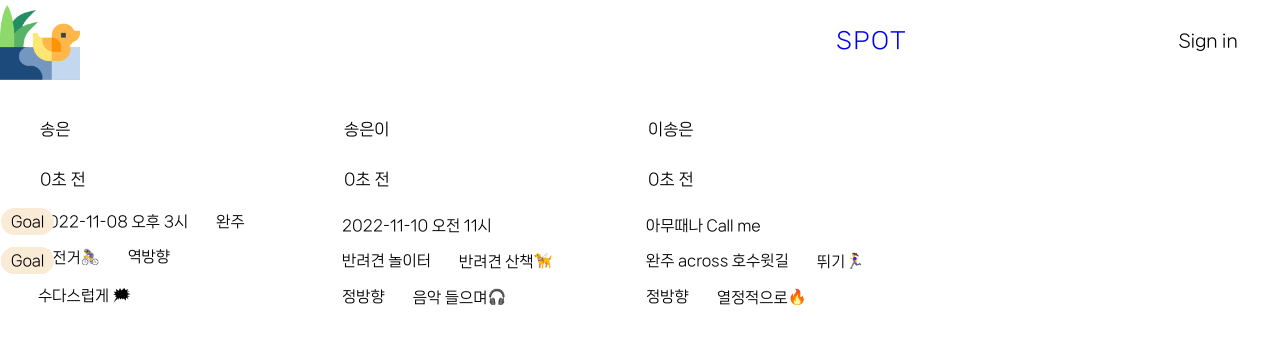
Repository: songeunleee/youngrangho
Page: /
The author's editor kept a copy of each file at every save. The page is drawn from the files as they stood at one save, then again after the next save.
The browser window is 1280 px wide. The pictures show the whole page.
Some web libraries are served in a nearby version. The project was rebuilt for these pictures with package versions that can differ from the ones it lists, and the page was loaded fresh each time. Some packages were replaced by stand-ins written for this rebuild. Also part of the build but not shown: src/app.module.css, src/components/activity/activity.module.css, src/components/footer/footer.module.css, src/components/footer/footer.jsx, src/components/home/home.module.css, src/components/home/home.jsx, src/components/add_spot/add_spot.module.css, src/components/add_spot/add_spot.jsx and 6 more.

Above is the page before, as saved 2022-11-08 06:48:28.

### public/index.html
<!DOCTYPE html>
<html lang="en">
  <head>
    <meta charset="utf-8" />
    <script src="https://cdn.jsdelivr.net/npm/sweetalert2@10"></script>
    <script
      src="https://kit.fontawesome.com/7fb71a1d7b.js"
      crossorigin="anonymous"
    ></script>
    <link rel="icon" href="%PUBLIC_URL%/favicon.ico" />
    <meta name="viewport" content="width=device-width, initial-scale=1" />
    <meta name="theme-color" content="#000000" />
    <link rel="preconnect" href="https://fonts.googleapis.com" />
    <link rel="preconnect" href="https://fonts.gstatic.com" crossorigin />
    <link
      href="https://fonts.googleapis.com/css2?family=Noto+Sans+KR:wght@100;300;400&family=Noto+Serif+KR:wght@200;400&family=Varela+Round&display=swap"
      rel="stylesheet"
    />

    <meta
      name="description"
      content="Web site created using create-react-app"
    />
    <link rel="apple-touch-icon" href="%PUBLIC_URL%/logo192.png" />
    <!--
      manifest.json provides metadata used when your web app is installed on a
      user's mobile device or desktop. See https://developers.google.com/web/fundamentals/web-app-manifest/
    -->
    <link rel="manifest" href="%PUBLIC_URL%/manifest.json" />
    <!--
      Notice the use of %PUBLIC_URL% in the tags above.
      It will be replaced with the URL of the `public` folder during the build.
      Only files inside the `public` folder can be referenced from the HTML.

      Unlike "/favicon.ico" or "favicon.ico", "%PUBLIC_URL%/favicon.ico" will
      work correctly both with client-side routing and a non-root public URL.
      Learn how to configure a non-root public URL by running `npm run build`.
    -->
    <title>React App</title>
  </head>
  <body>
    <noscript>You need to enable JavaScript to run this app.</noscript>
    <div id="root"></div>
    <!--
      This HTML file is a template.
      If you open it directly in the browser, you will see an empty page.

      You can add webfonts, meta tags, or analytics to this file.
      The build step will place the bundled scripts into the <body> tag.

      To begin the development, run `npm start` or `yarn start`.
      To create a production bundle, use `npm run build` or `yarn build`.
    -->
  </body>
</html>

### src/index.js
import React from "react";
import ReactDOM from "react-dom/client";
import "./index.css";
import App from "./app";
import { firebaseApp } from "./service/firebase";
import AuthService from "./service/auth_service";
import FileUpload from "./service/file_upload";
import Repository from "./service/repositiry";

const repository = new Repository(firebaseApp);
const fileUpload = new FileUpload(firebaseApp);
const authService = new AuthService(firebaseApp);

const root = ReactDOM.createRoot(document.getElementById("root"));
root.render(
  <React.StrictMode>
    <App
      authService={authService}
      fileUpload={fileUpload}
      repository={repository}
    />
  </React.StrictMode>
);

### src/index.css
@font-face {
  font-family: "font1";
  src: url("../public/fonts/NanumSquareNeo-aLt.ttf") format("truetype");
  font-weight: normal;
}

@font-face {
  font-family: "font2";
  src: url("../public/fonts/NanumSquareNeo-bRg.ttf") format("truetype");
  font-weight: bold;
}

@font-face {
  font-family: "font3";
  src: url("../public/fonts/NanumSquareNeo-cBd.ttf") format("truetype");
  font-weight: bold;
}

@font-face {
  font-family: "font4";
  src: url("../public/fonts/NanumSquareNeo-eHv.ttf") format("truetype");
  font-weight: bold;
}
body {
  margin: 0;
  font-family: -apple-system, BlinkMacSystemFont, "Segoe UI", "Roboto", "Oxygen",
    "Ubuntu", "Cantarell", "Fira Sans", "Droid Sans", "Helvetica Neue",
    sans-serif;
  -webkit-font-smoothing: antialiased;
  -moz-osx-font-smoothing: grayscale;
  height: 100%;
}

code {
  font-family: source-code-pro, Menlo, Monaco, Consolas, "Courier New",
    monospace;
}
html {
}
#root {
  margin: 0;
  display: flex;
  flex-direction: column;
  height: 100%;
}

### src/app.jsx
import { useEffect, useState } from "react";
import { BrowserRouter, Route, Routes } from "react-router-dom";
import styles from "./app.module.css";
import Activity from "./components/activity/activity";
import Footer from "./components/footer/footer";
import Header from "./components/header/header";
import Home from "./components/home/home";
import Spot from "./components/spot/spot";

function App({ authService, fileUpload, repository }) {
  const [user, setUser] = useState(null);

  const getUser = (user) => {
    setUser(user);
  };

  useEffect(() => {
    authService.onAuthChange((user) => {
      if (user) {
        setUser(user);
      } else {
      }
    });
  }, [authService]);

  return (
    <>
      <BrowserRouter>
        <Header authService={authService} getUser={getUser} user={user} />
        <Routes>
          <Route
            path="/"
            element={<Activity authService={authService} user={user} />}
          />
          <Route
            path="/activity"
            element={<Activity authService={authService} user={user} />}
          />
          <Route
            path="/spot"
            element={
              <Spot
                authService={authService}
                user={user}
                fileUpload={fileUpload}
                repository={repository}
              />
            }
          />
        </Routes>
      </BrowserRouter>
    </>
  );
}

export default App;

### src/service/firebase.js
import { initializeApp } from "firebase/app";

const firebaseConfig = {
  apiKey: "AIzaSyA1QsOldBRNtAOG8_cfGoyHxB8PmdZT3xA",
  authDomain: "youngrangho-d9473.firebaseapp.com",
  projectId: "youngrangho-d9473",
  storageBucket: "youngrangho-d9473.appspot.com",
  messagingSenderId: "558891074778",
  appId: "1:558891074778:web:a513dfcb578ca1084111e3",
  measurementId: "G-VKW34V7D4J",
};

export const firebaseApp = initializeApp(firebaseConfig);

### src/service/auth_service.js
import {
  getAuth,
  signInWithPopup,
  GoogleAuthProvider,
  onAuthStateChanged,
} from "firebase/auth";
class AuthService {
  constructor() {
    this.auth = getAuth();
    this.provider = new GoogleAuthProvider();
  }
  signin() {
    return signInWithPopup(this.auth, this.provider);
  }

  signout() {
    const auth = getAuth();
    auth.signOut();
  }

  onAuthChange(onUserChanged) {
    const auth = getAuth();
    return onAuthStateChanged(auth, (user) => {
      onUserChanged(user);
    });
  }
}
export default AuthService;

### src/service/file_upload.js
import { getStorage, ref, uploadBytes, getDownloadURL } from "firebase/storage";

class FileUpload {
  constructor() {
    this.storage = getStorage();
  }

  async upload(file) {
    this.storageRef = ref(this.storage, `spot/${file.name}`);
    const img = await uploadBytes(this.storageRef, file);
    return getDownloadURL(ref(this.storage, img.ref.fullPath));
  }
}

export default FileUpload;

### src/service/repositiry.js
import {
  getDatabase,
  ref,
  set,
  remove,
  onValue,
  off,
  update,
} from "firebase/database";

class Repository {
  constructor() {
    this.db = getDatabase();
  }

  syncSpots(userId, onUpdate) {
    const query = ref(this.db, `spots`);
    onValue(query, (snapshot) => {
      const value = snapshot.val();
      value && onUpdate(value);
    });
    return () => off(query);
  }

  saveSpot(userId, spot) {
    set(ref(this.db, `spots/${spot.id}`), spot);
  }
  removeSpot(userId, spot) {
    const spotRef = ref(this.db, `spots/${spot.id}`);
    remove(spotRef);
  }
}
export default Repository;

### src/components/activity/activity.jsx
import { set } from "firebase/database";
import React from "react";
import { useState } from "react";
import { useEffect } from "react";
import { useLocation } from "react-router-dom";
import ActivityList from "../activity_list/activity_list";
import Header from "../header/header";
import styles from "./activity.module.css";

const Activity = ({ authService, user }) => {
  const [cards, setCards] = useState({
    1: {
      id: 1,
      author: "송은",
      createTime: Date.now(),
      appointment: "2022-11-08 오후 3시",
      mean: "자전거🚴‍♀️",
      course: "역방향",
      goal: "완주",
      mode: "수다스럽게 🗯",
    },
    2: {
      id: 2,
      author: "송은이",
      createTime: Date.now(),
      appointment: "2022-11-10 오전 11시",
      mean: "반려견 산책🦮",
      course: "정방향",
      goal: "반려견 놀이터",
      mode: "음악 들으며🎧",
    },
    3: {
      id: 3,
      author: "이송은",
      createTime: Date.now(),
      appointment: "아무때나 Call me",
      mean: "뛰기🏃‍♀️",
      course: "정방향",
      goal: "완주 across 호수윗길",
      mode: "열정적으로🔥",
    },
  });

  return <ActivityList cards={cards} />;
};
export default Activity;

### src/components/header/header.jsx
import React, { useEffect } from "react";
import { useState } from "react";
import { Link, useLocation } from "react-router-dom";
import styles from "./header.module.css";

const Header = ({ authService, getUser, user }) => {
  const location = useLocation().pathname;

  const isSpot = (location) => {
    return location === "/spot" ? true : false;
  };
  console.log(isSpot(location));
  const onSignin = () => {
    authService.signin().then((data) => getUser(data.user));
  };

  const onSignout = () => {
    authService.signout();
    getUser(null);
  };

  return (
    <header className={styles.header}>
      <Link
        className={`${styles.logolink} ${
          !isSpot(location) ? styles.activity : null
        } `}
        to={"/"}
      >
        <img className={styles.logo} src="./images/duck (1).png" alt="" />
      </Link>
      <Link
        className={`${styles.link} ${
          !isSpot(location) ? styles.activity : null
        }`}
        to={"/activity"}
      >
        ACTIVITY
      </Link>
      <Link
        className={`${styles.link} ${isSpot(location) ? styles.spot : null}`}
        to={"/spot"}
      >
        SPOT
      </Link>

      {user ? (
        <div className={styles.signIn}>
          <img className={styles.img} src={user.photoURL} alt="" />
          <p className={styles.name}>{user.displayName}</p>
          <button
            className={`${styles.button} ${styles.sign}`}
            onClick={onSignout}
          >
            Sign out
          </button>
        </div>
      ) : (
        <button className={`${styles.button}`} onClick={onSignin}>
          Sign in
        </button>
      )}
    </header>
  );
};

export default Header;

### src/components/activity_list/activity_list.jsx
import React from "react";
import ActivityItem from "../activity_item/activity_item";
import styles from "./activity_list.module.css";

const ActivityList = ({ cards, user }) => {
  return (
    <section className={styles.list}>
      {Object.keys(cards).map((key) => (
        <ActivityItem key={key} card={cards[key]} user={user} />
      ))}
    </section>
  );
};

export default ActivityList;

### src/components/header/header.module.css
@value mainBlue, mainLightBlue,sideBlue, textWhite from '../../common/colors.css';
@value mediaQuery from '../../common/size.css';

.header {
  display: flex;
  height: 5rem;
  align-items: center;
  position: relative;
}
.logolink {
  height: 100%;
}

.logolink.activity {
  background-color: white;
}
.logo {
  height: 100%;

  transition: all 150ms ease-in;
}

.logo:hover {
  background-color: mainBlue;
}
.link {
  height: 100%;
  display: flex;
  justify-content: center;
  align-items: center;
  flex: 0.8;
  text-decoration: none;
  color: mainBlue;
  font-size: 1.4rem;
  font-family: "font2";
  letter-spacing: 2px;
  font-weight: 500;
  text-align: center;
  transition: letter-spacing 150ms ease-in;
}

.link.spot {
  background-color: mainBlue;
  color: white;
}

.link.activity {
  background-color: mainBlue;
  color: white;
}

.signIn {
  flex: 0.4;
  display: flex;
  justify-content: center;
  align-items: center;
  padding-left: 0.5rem;
  padding-right: 0.5rem;
}

.img {
  border-radius: 50%;
  width: 50px;
  height: 50px;
}

.name {
  padding-left: 1rem;
  padding-right: 1rem;
  font-family: "font3";
  color: sideBlue;
}

.button.sign {
  flex: 0.6;
  width: 100%;
}

.button {
  font-size: 1.1rem;
  font-weight: 500;
  font-family: "font2";
  flex: 0.2;
  background: none;
  cursor: pointer;
  border: none;
  color: mainBlue;
  transition: letter-spacing 250ms ease-in;
}

.link:hover {
  letter-spacing: 0;
}

.button:hover {
  letter-spacing: 1px;
}

@media screen and (max-width: mediaQuery) {
  .name {
    display: none;
  }
  .img {
    display: none;
  }
  .logolink {
    display: none;
  }
}

### src/components/activity_item/activity_item.jsx
import React from "react";
import styles from "./activity_item.module.css";

const ActivityItem = ({ card }) => {
  const { id, author, createTime, appointment, mean, course, goal, mode } =
    card;

  const publishedAt = (publishedAt) => {
    const now = new Date();
    const time = new Date(publishedAt);

    const t = (now - time) / 1000;

    if (t < 60) return Math.floor(t) + "초 전";
    const tm = t / 60;
    if (tm < 60) return Math.floor(tm) + "분 전";
    const th = tm / 60;
    if (th < 24) return Math.floor(th) + "시간 전";
    const td = th / 24;
    if (td < 8) return Math.floor(td) + "일 전";
    const tw = td / 7;
    if (tw < 5) return Math.floor(tw) + "주 전";
    const tmon = td / 30;
    if (tw < 30) return Math.floor(tmon) + "달 전";
    const ty = td / 365;
    return Math.floor(ty) + "년 전";
  };

  return (
    <section className={styles.card}>
      <div className={styles.info}>
        <p className={styles.author}>{author}</p>
        <p className={styles.createTime}>{publishedAt(Date(createTime))}</p>
      </div>
      <div className={styles.contentBox}>
        <div className={styles.content}>
          {appointment && (
            <div className={`${styles.chip} ${styles.appointment}`}>
              {appointment}
              <i
                className={`fa-solid fa-circle-xmark ${styles.chipDelete}`}
              ></i>
            </div>
          )}

          {goal && (
            <div className={`${styles.chip} ${styles.goal}`}>
              <div className={styles.G}>Goal</div>
              {goal}
              <i
                className={`fa-solid fa-circle-xmark ${styles.chipDelete}`}
              ></i>
            </div>
          )}
          {mean && (
            <div className={`${styles.chip} ${styles.mean}`}>
              {mean}
              <i
                className={`fa-solid fa-circle-xmark ${styles.chipDelete}`}
              ></i>
            </div>
          )}
          {course && (
            <div className={`${styles.chip} ${styles.course}`}>
              {course}
              <i
                className={`fa-solid fa-circle-xmark ${styles.chipDelete}`}
              ></i>
            </div>
          )}
          {mode && (
            <div className={`${styles.chip} ${styles.mode}`}>
              {mode}
              <i
                className={`fa-solid fa-circle-xmark ${styles.chipDelete}`}
              ></i>
            </div>
          )}
        </div>
      </div>
    </section>
  );
};

export default ActivityItem;

### src/components/activity_list/activity_list.module.css
.list {
  display: flex;
  flex-wrap: wrap;
  margin-top: 0.5rem;
}

### src/components/activity_item/activity_item.module.css
@value mainBlue,mainLightBlue,sideBlue,textWhite from '../../common/colors.css';

* {
  font-family: font2;
}

.card {
  display: flex;
  flex-direction: column;
  border: 1px mainLightBlue solid;
  margin: 0.5rem 1rem;
  padding: 0.5rem 0.5rem;
  width: 20%;
  height: auto;
  border-radius: 18px;
}
.info {
}
.author {
  margin: 0;
  padding: 1rem;
}
.createTime {
  margin: 0.5rem;
  padding: 0.5rem;
  border-bottom: 1px dashed mainBlue;
}

.contentBox {
  display: flex;
  flex: 1;
  align-items: center;
}
.content {
  display: flex;
  flex-wrap: wrap;
}
.chip {
  height: max-content;
  font-size: 15px;
  flex-wrap: nowrap;
  background-color: mainLightBlue;
  width: fit-content;
  border-radius: 18px;
  padding: 5px 10px;
  margin: 0.25rem 0.25rem;
  display: flex;
  align-items: center;
  cursor: pointer;
  transition: transform 200ms ease-in;
}

.chip.appointment {
  background-color: mainBlue;
}

/* .chip.goal::before {
  content: "goal ";
  background-color: antiquewhite;
  border-radius: 18px;
} */

.G {
  background-color: antiquewhite;
  border-radius: 18px;
  padding: 5px 10px;
  left: 1px;
  position: absolute;
}

.chip:hover {
  transform: ;
}
.chipDelete {
  display: none;
  color: rgb(255, 255, 255);
  margin-left: 0.3rem;
  opacity: 0.9;
  border: none;
}

After the next save:
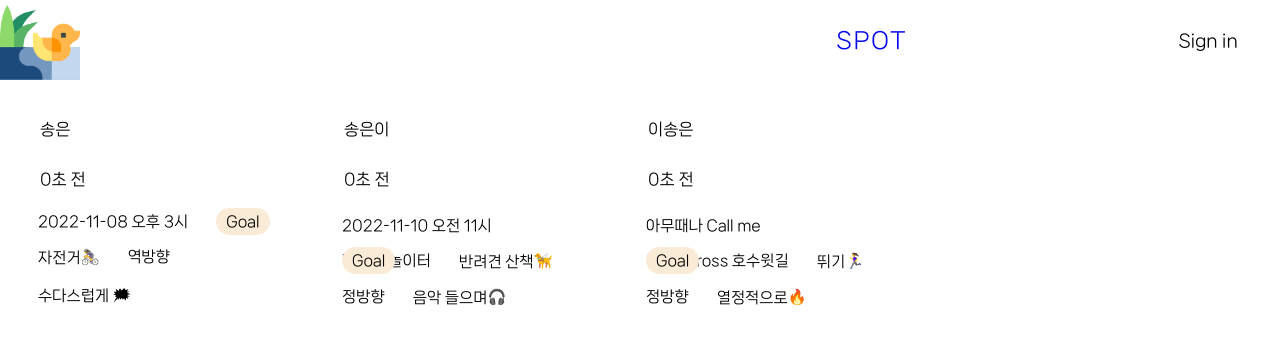
Saved 6 s later.
--- a/src/components/activity_item/activity_item.module.css
+++ b/src/components/activity_item/activity_item.module.css
@@ -64,7 +64,7 @@
   background-color: antiquewhite;
   border-radius: 18px;
   padding: 5px 10px;
-  left: 1px;
+
   position: absolute;
 }
 
